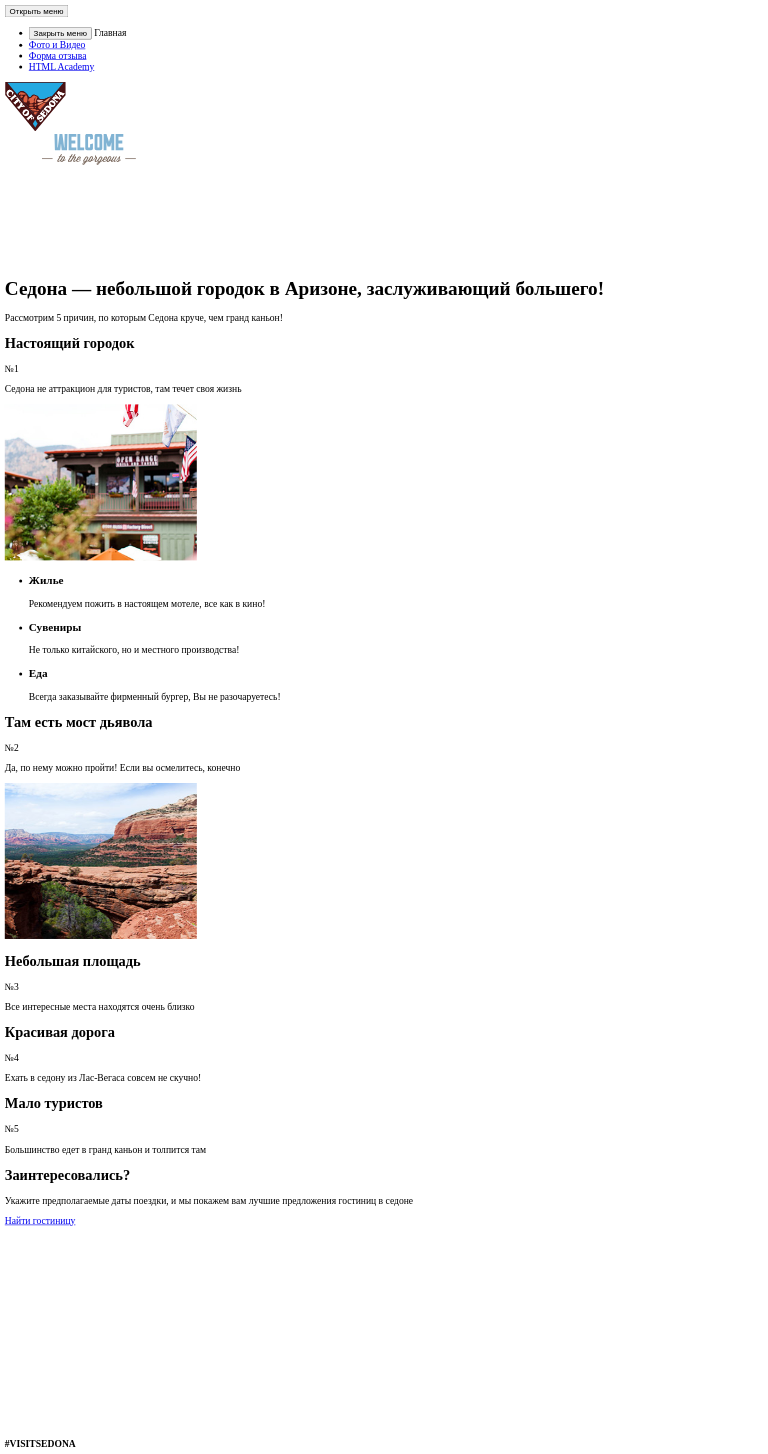
Repository: igorkrs/1076625-sedona-17
Page: source/index.html
The author's editor kept a copy of each file at every save. The page is drawn from the files as they stood at one save, then again after the next save.
The browser window is 1280 px wide. The pictures show the whole page, at 60% of full size.
Pictures or frames that could not be fetched are drawn as grey boxes.

Above is the page before, as saved 2019-07-29 19:02:04.

### source/index.html
<!DOCTYPE html>
<html lang="ru">

<head>
  <meta charset="utf-8">
  <title>HTML Academy: Седона</title>
  <link rel="shortcut icon" href="img/favicon.png" type="image/x-icon">
</head>

<body>
  <header class="page-header">
    <nav class="main-nav">
      <button class="main-nav__toggle" type="button">Открыть меню</button>
      <div class="main-nav__wrapper">
        <ul class="main-nav__list site-list">
          <li class="site-list__item site-list__item--active">
            <button class="main-nav__close" type="button">Закрыть меню</button>
            <a>Главная</a>
          </li>
          <li class="site-list__item">
            <a href="photo.html">Фото и Видео</a>
          </li>
          <li class="site-list__item">
            <a href="form.html">Форма отзыва</a>
          </li>
          <li class="site-list__item">
            <a href="#">HTML Academy</a>
          </li>
        </ul>
        <a class="page-header__logo">
          <img src="img/logo-sedona-mobile.svg" width="102px" height="83px" alt="Седона"
            class="page-header__logo-image">
        </a>
    </nav>
  </header>
  <main class="page-main">
    <div class="main-photo">
      <img src="img/text-sedona-index.svg" width="281px" height="214px" alt="Welcome to sedona"
        class="main-photo__item">
    </div>
    <h1 class="page-title">Седона — небольшой городок в Аризоне, заслуживающий большего!</h1>
    <p class="page-intro">Рассмотрим 5 причин, по которым Седона круче, чем гранд каньон!</p>
    <section class="advantages">
      <div class="advantages__item">
        <h2 class="advantages__title">Настоящий городок</h2>
        <span class="advantages__number">№1</span>
        <p class="advantages__description">Седона не аттракцион для туристов, там течет своя жизнь</p>
        <img src="img/main-city-mobile@1x.jpg" width="320px" height="260px" alt="Фото города" class="advantages__photo">
      </div>
      <ul class="advantages__goods-list">
        <li class="advantages__goods-item">
          <h3 class="advantages__goods-title">Жилье</h3>
          <p class="advantages__goods-description">Рекомендуем пожить в настоящем мотеле, все как в кино!</p>
        </li>
        <li class="advantages__goods-item">
          <h3 class="advantages__goods-title">Сувениры</h3>
          <p class="advantages__goods-description">Не только китайского, но и местного производства!</p>
        </li>
        <li class="advantages__goods-item">
          <h3 class="advantages__goods-title">Еда</h3>
          <p class="advantages__goods-description">Всегда заказывайте фирменный бургер, Вы не разочаруетесь!</p>
        </li>
      </ul>
      <div class="advantages__item">
        <h2 class="advantages__title">Там есть мост дьявола</h2>
        <span class="advantages__number">№2</span>
        <p class="advantages__description">Да, по нему можно пройти! Если вы осмелитесь, конечно</p>
        <img src="img/photo-bridge-mobile@1x.jpg" width="320px" height="260px" alt="Фото города"
          class="advantages__photo">
      </div>
      <div class="advantages__item">
        <h2 class="advantages__title">Небольшая площадь</h2>
        <span class="advantages__number">№3</span>
        <p class="advantages__description">Все интересные места находятся очень близко</p>
      </div>
      <div class="advantages__item">
        <h2 class="advantages__title">Красивая дорога</h2>
        <span class="advantages__number">№4</span>
        <p class="advantages__description">Ехать в седону из Лас-Вегаса совсем не скучно!</p>
      </div>
      <div class="advantages__item">
        <h2 class="advantages__title">Мало туристов</h2>
        <span class="advantages__number">№5</span>
        <p class="advantages__description">Большинство едет в гранд каньон и толпится там</p>
      </div>
    </section>
    <div class="hotels">
      <h2 class="hotels__title">Заинтересовались?</h2>
      <p class="hotels__text">Укажите предполагаемые даты поездки, и мы покажем вам лучшие предложения гостиниц в седоне
      </p>
      <a href="#" class="hotels__button">Найти гостиницу</a>
    </div>
    <div class="map-containter">
      <iframe
        src="https://www.google.com/maps/embed?pb=!1m18!1m12!1m3!1d419153.91107115225!2d-111.97675671093218!3d34.84014462885027!2m3!1f0!2f0!3f0!3m2!1i1024!2i768!4f13.1!3m3!1m2!1s0x872da132f942b00d%3A0x5548c523fa6c8efd!2z0KHQtdC00L7QvdCwLCDQkNGA0LjQt9C-0L3QsCA4NjMzNiwg0KHQqNCQ!5e0!3m2!1sru!2sru!4v1564415831662!5m2!1sru!2sru"
        width="320" height="350" frameborder="0" style="border:0" allowfullscreen></iframe>
    </div>
  </main>
  <footer class="page-footer">
    <div class="page-footer__wrapper">
      <b class="page-footer__title">#VISITSEDONA</b>

    </div>
  </footer>
</body>

</html>

After the next save:
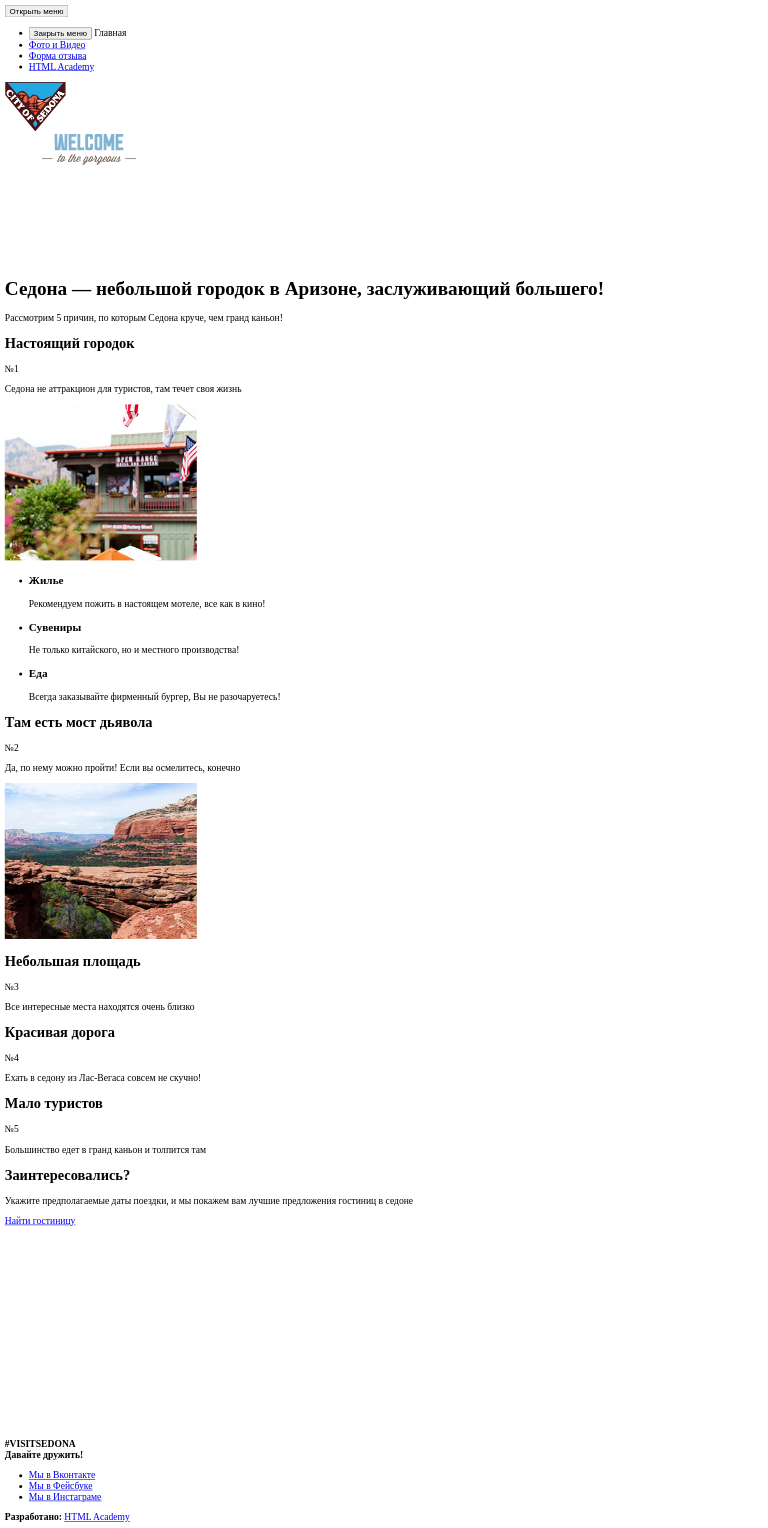
Saved 67 s later.
--- a/source/index.html
+++ b/source/index.html
@@ -99,7 +99,25 @@
   <footer class="page-footer">
     <div class="page-footer__wrapper">
       <b class="page-footer__title">#VISITSEDONA</b>
-
+      <div class="page-footer__social social">
+        <b class="social__title">Давайте дружить!</b>
+        <ul class="social__list">
+          <li class="social__item">
+            <a class="social__link social__link--vkontakte" href="https://vk.com/htmlacademy">Мы в Вконтакте</a>
+          </li>
+          <li class="social__item">
+            <a class="social__link social__link--facebook" href="https://www.facebook.com/htmlacademy">Мы в Фейсбуке</a>
+          </li>
+          <li class="social__item">
+            <a class="social__link social__link--instagram" href="https://www.instagram.com/htmlacademy">Мы в
+              Инстаграме</a>
+          </li>
+        </ul>
+      </div>
+      <div class="page-footer__copyright copyright">
+        <b class="copyright__text">Разработано:</b>
+        <a class="button copyright__link" href="https://htmlacademy.ru/intensive/adaptive">HTML Academy</a>
+      </div>
     </div>
   </footer>
 </body>
